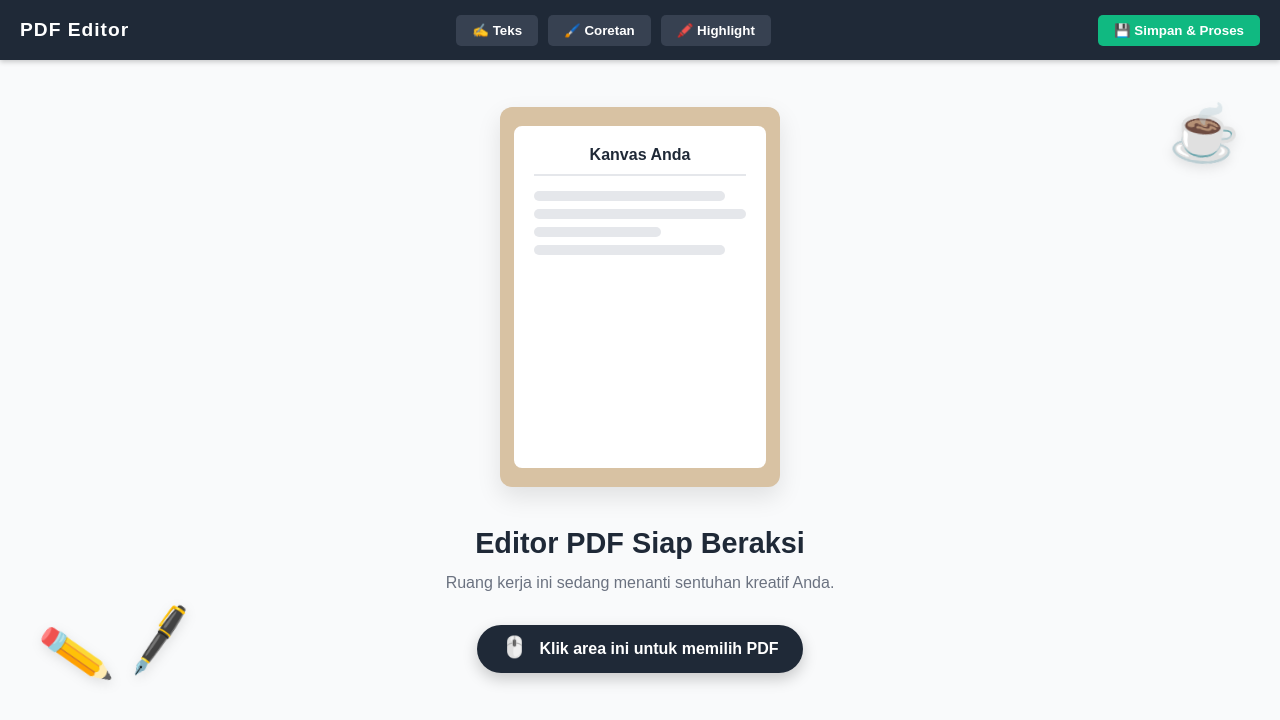
Repository: IkhsanMoekhtar/pdf_editor
Page: /
The author's editor kept a copy of each file at every save. The page is drawn from the files as they stood at one save, then again after the next save.
The browser window is 1280 px wide. The pictures show the whole page.
The project was rebuilt for these pictures with package versions that can differ from the ones it lists, and the page was loaded fresh each time. Also part of the build but not shown: vite.config.js.

Above is the page before, as saved 2026-03-18 04:57:52.

### index.html
<!doctype html>
<html lang="en">
  <head>
    <meta charset="UTF-8" />
    <link rel="icon" type="image/svg+xml" href="/favicon.svg" />
    <meta name="viewport" content="width=device-width, initial-scale=1.0" />
    <title>frontend-pdf</title>
  </head>
  <body>
    <div id="root"></div>
    <script type="module" src="/src/main.jsx"></script>
  </body>
</html>

### src/index.css
/* --- CSS RESET GLOBAL --- */

/* Tanda bintang (*) artinya menerapkan aturan ini ke SEMUA elemen di website */
* {
  margin: 0;
  padding: 0;
  box-sizing: border-box; /* Memastikan padding tidak menambah lebar elemen */
}

/* Memaksa elemen dasar website untuk mengambil 100% layar tanpa sisa */
html, body, #root {
  width: 100%;
  height: 100%;
  background-color: #f3f4f6; /* Warna latar belakang aplikasi kita */
}

/* Menghilangkan font default yang kaku */
body {
  font-family: Inter, system-ui, Avenir, Helvetica, Arial, sans-serif;
  -webkit-font-smoothing: antialiased;
}

### src/App.jsx
import React, { useState, useRef } from 'react';
import './App.css';

function App() {
  const [pdfFile, setPdfFile] = useState(null);
  const [activeTool, setActiveTool] = useState(null);

  // Membuat referensi untuk elemen input file yang disembunyikan
  const fileInputRef = useRef(null);

  const handleFileUpload = (event) => {
    const file = event.target.files[0];
    if (file && file.type === 'application/pdf') {
      const fileUrl = URL.createObjectURL(file);
      setPdfFile(fileUrl);
    } else {
      alert("Mohon unggah file dengan format PDF.");
    }
  };

  const handleToolClick = (toolName) => {
    setActiveTool(toolName);
    if (toolName === 'save') {
      alert("Mempersiapkan data untuk dikirim ke backend Golang!");
      setActiveTool(null);
    }
  };

  // Fungsi yang dijalankan saat area kosong diklik
  const triggerUpload = () => {
    fileInputRef.current.click(); // Memicu klik pada input file yang asli
  };

  return (
    <div className="app-container">

      {/* --- TOPBAR: Menu Editing Utama --- */}
      <header className="topbar">
        <div className="brand">
          <strong>PDF Editor</strong>
        </div>

        <div className="tools-group">
          <button className={`tool-btn ${activeTool === 'text' ? 'active' : ''}`} onClick={() => handleToolClick('text')}>
            ✍️ Teks
          </button>
          <button className={`tool-btn ${activeTool === 'draw' ? 'active' : ''}`} onClick={() => handleToolClick('draw')}>
            🖌️ Coretan
          </button>
          <button className={`tool-btn ${activeTool === 'highlight' ? 'active' : ''}`} onClick={() => handleToolClick('highlight')}>
            🖍️ Highlight
          </button>
        </div>

        <button className="tool-btn save-btn" onClick={() => handleToolClick('save')}>
          💾 Simpan & Proses
        </button>
      </header>

      {/* --- AREA KERJA UTAMA --- */}
      <main className="workspace">
        <div className="viewer-container">
          {pdfFile ? (
            <iframe
              src={pdfFile}
              width="100%"
              height="100%"
              title="PDF Viewer"
              style={{ border: 'none' }}
            />
          ) : (
            // --- AREA KOSONG (KLIK UNTUK UPLOAD) ---
            // Tambahkan event onClick ke kontainer utama
            <div className="empty-state desktop-scene" onClick={triggerUpload}>

              {/* INPUT FILE TERSEMBUNYI */}
              <input
                type="file"
                accept="application/pdf"
                style={{ display: 'none' }}
                ref={fileInputRef}
                onChange={handleFileUpload}
              />

              {/* Dekorasi Papan Klip */}
              <div className="clipboard">
                <div className="clipboard-paper">
                  <div className="clipboard-header">Kanvas Anda</div>
                  <div className="clipboard-content">
                    <div className="empty-line large"></div>
                    <div className="empty-line"></div>
                    <div className="empty-line medium"></div>
                    <div className="empty-line large"></div>
                  </div>
                </div>
              </div>

              {/* Dekorasi Meja */}
              <div className="desk-item coffee-cup">☕️</div>
              <div className="desk-item pens">✏️ 🖋️</div>

              {/* Pesan */}
              <div className="message-container">
                <h3>Editor PDF Siap Beraksi</h3>
                <p>Ruang kerja ini sedang menanti sentuhan kreatif Anda.</p>
              </div>

              {/* Petunjuk Memulai */}
              <div className="start-hint-pil">
                <span className="bouncy-arrow">🖱️</span> Klik area ini untuk memilih PDF
              </div>
            </div>
          )}
        </div>
      </main>
    </div>
  );
}

export default App;

### src/App.css
/* --- TATA LETAK UTAMA --- */
.app-container {
  display: flex;
  flex-direction: column;
  height: 100vh;
  font-family: sans-serif;
  background-color: #e5e7eb;
}

/* --- TOPBAR --- */
.topbar {
  display: flex;
  justify-content: space-between;
  align-items: center;
  background-color: #1f2937;
  color: white;
  padding: 10px 20px;
  height: 60px;
  box-shadow: 0 2px 5px rgba(0,0,0,0.2);
  z-index: 10;
}

.brand { font-size: 1.2rem; letter-spacing: 1px; }
.tools-group { display: flex; gap: 10px; }

.tool-btn {
  padding: 8px 16px;
  background-color: #374151;
  color: white;
  border: none;
  border-radius: 5px;
  cursor: pointer;
  font-weight: bold;
  transition: all 0.2s;
}

.tool-btn:hover { background-color: #4b5563; }
.tool-btn.active { background-color: #3b82f6; }
.save-btn { background-color: #10b981; }
.save-btn:hover { background-color: #059669; }

/* --- AREA KERJA UTAMA --- */
.workspace {
  flex: 1;
  display: flex;
  position: relative;
  overflow: hidden;
}

.viewer-container {
  width: 100%;
  height: 100%;
  background-color: #d1d5db;
  display: flex;
  justify-content: center;
  align-items: center;
}

/* --- DESAIN AREA KOSONG (KLIK UNTUK UPLOAD) --- */
.empty-state.desktop-scene {
  display: flex;
  flex-direction: column;
  align-items: center;
  justify-content: center;
  height: 100%;
  width: 100%;
  background-color: #f9fafb;
  position: relative;
  padding: 40px;
  overflow: hidden;
  cursor: pointer; /* Mengubah kursor menjadi tangan (menandakan bisa diklik) */
  transition: background-color 0.3s ease;
}

/* Sedikit penggelapan latar belakang saat area disorot mouse */
.empty-state.desktop-scene:hover {
  background-color: #9b9488;
}

.clipboard {
  width: 280px; height: 380px;
  background-color: #d8c2a3;
  border-radius: 12px;
  box-shadow: 0 10px 25px rgba(0,0,0,0.1);
  transform: rotate(-360deg);
  position: relative;
  display: flex; align-items: center; justify-content: center;
  margin-bottom: 40px;
  transition: transform 0.3s ease;
}

.empty-state.desktop-scene:hover .clipboard {
  transform: rotate(0deg) scale(1.03);
}

.clipboard-paper {
  width: 90%; height: 90%; background-color: #ffffff;
  border-radius: 8px; padding: 20px;
  display: flex; flex-direction: column; gap: 15px;
}

.clipboard-header {
  font-weight: bold; color: #1f2937;
  border-bottom: 2px solid #e5e7eb; padding-bottom: 10px; text-align: center;
}

.clipboard-content { flex: 1; display: flex; flex-direction: column; gap: 8px; }
.empty-line { height: 10px; background-color: #e5e7eb; border-radius: 5px; }
.empty-line.large { width: 90%; }
.empty-line.medium { width: 60%; }

.desk-item { position: absolute; font-size: 3.5rem; filter: drop-shadow(0 4px 6px rgba(0,0,0,0.1)); }
.coffee-cup { top: 40px; right: 40px; transform: rotate(5deg); }
.pens { bottom: 40px; left: 40px; display: flex; gap: 10px; transform: rotate(-10deg); }

.message-container { text-align: center; max-width: 500px; margin-bottom: 30px; }
.message-container h3 { font-size: 1.8rem; color: #1f2937; font-weight: 700; margin-bottom: 10px; }
.message-container p { color: #6b7280; line-height: 1.6; }

.start-hint-pil {
  display: flex; align-items: center; gap: 12px;
  background-color: #1f2937; color: #ffffff;
  padding: 12px 24px; border-radius: 999px;
  font-weight: bold; box-shadow: 0 6px 15px rgba(0,0,0,0.2);
  transition: all 0.2s;
}

.empty-state.desktop-scene:hover .start-hint-pil {
  background-color: #3b82f6; /* Berubah menjadi biru saat disorot */
  transform: translateY(-2px);
}

/* Animasi Ikon Mouse bergerak naik turun */
.bouncy-arrow {
  display: inline-block;
  font-size: 1.3rem;
  animation: bounce-vertical-hint 1.5s infinite;
}

@keyframes bounce-vertical-hint {
  0%, 100% { transform: translateY(0); }
  50% { transform: translateY(-5px); }
}

Loaded but not shown: src/main.jsx (common file)

After the next save:
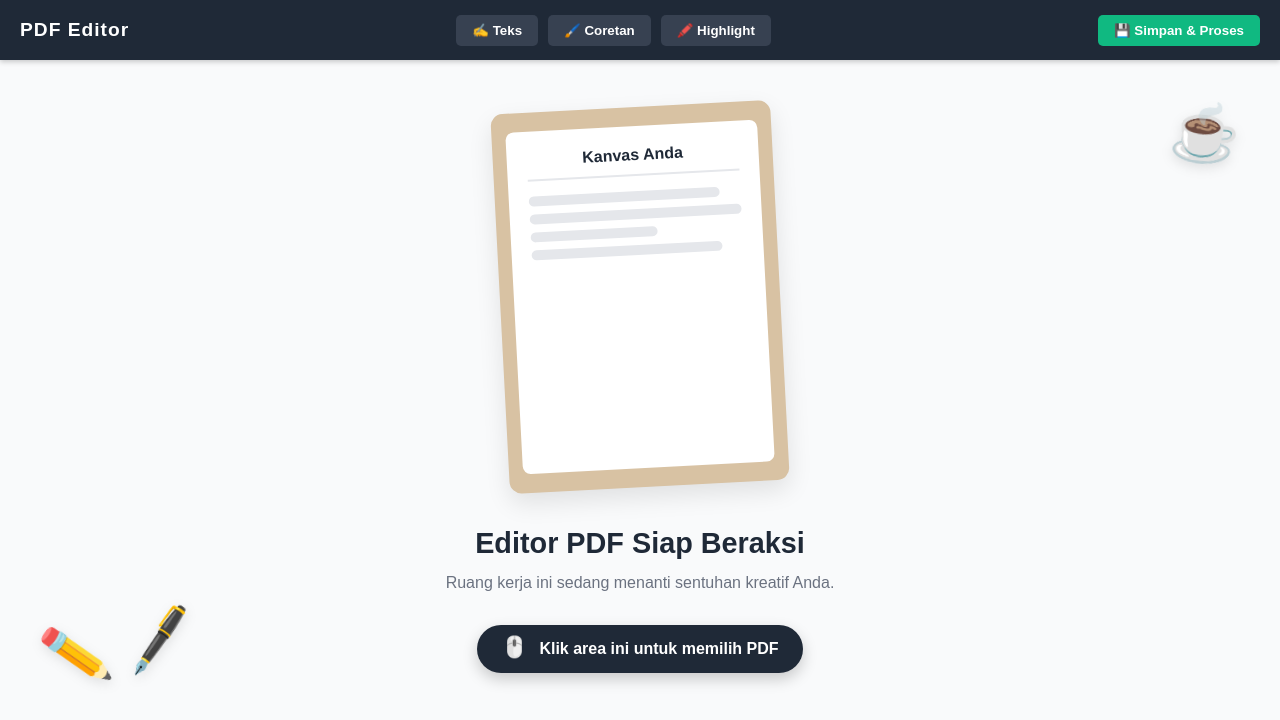
Saved 6 s later.
--- a/src/App.css
+++ b/src/App.css
@@ -82,7 +82,7 @@
   background-color: #d8c2a3;
   border-radius: 12px;
   box-shadow: 0 10px 25px rgba(0,0,0,0.1);
-  transform: rotate(-360deg);
+  transform: rotate(-3deg);
   position: relative;
   display: flex; align-items: center; justify-content: center;
   margin-bottom: 40px;
